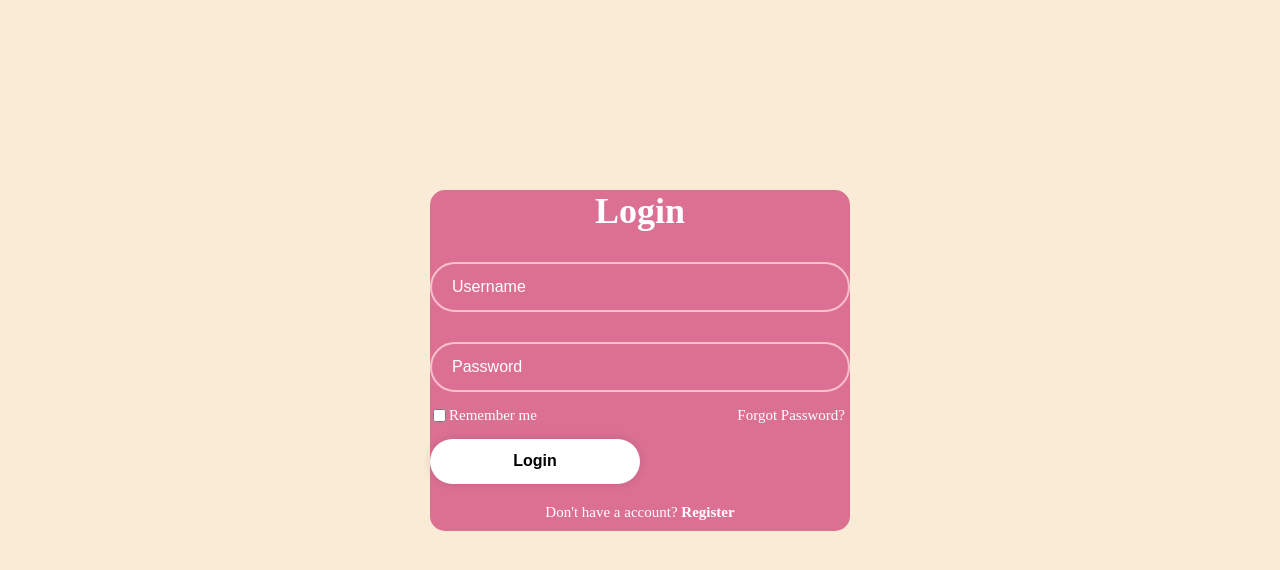
Repository: Kubraaygun/Html_Css_Login
Page: index.html
An editor plug-in stored every save of this project. The page is shown before and after the next save, followed by the edit.
The browser window is 1280 px wide. The pictures show the whole page.

Above is the page before, as saved 2025-03-05 20:01:17.

### index.html
<!DOCTYPE html>
<html lang="en">
  <head>
    <meta charset="UTF-8" />
    <meta name="viewport" content="width=device-width, initial-scale=1.0" />
    <title>HTML</title>
    <link rel="stylesheet" href="style.css" />
    <link
      rel="stylesheet"
      href="https://fonts.googleapis.com/icon?family=Material+Icons"
    />
  </head>

  <body>
    <div class="container">
      <form action="">
        <!-- Baslik -->
        <h1 class="login">Login</h1>

        <!-- input alanimiz -->

        <!-- surname -->
        <div class="input-box">
          <input type="text" required placeholder="Username" />
        </div>

        <!-- Password -->
        <div class="input-box">
          <input type="password" required placeholder="Password" />
        </div>

        <!-- Remember me Alani -->
        <div class="remember-me">
          <label>
            <input class="checkbox" type="checkbox" />Remember
            <span>&nbsp;</span>me
          </label>
          <a class="forgotPassword" href="">Forgot Password?</a>
        </div>

        <!-- Button -->
        <button type="submit" class="button">Login</button>

        <!-- Register Link -->
        <div class="register-link">
          <p>
            Don't have a account? <a class="registerlink" href="#"> Register</a>
          </p>
        </div>
      </form>
    </div>
  </body>
</html>

### style.css
* {
  margin: 0;
  padding: 0;
  box-sizing: border-box;
}

body {
  display: flex;
  justify-content: center;
  align-items: center;
  min-height: 100vh; /* vh: Tarayici penceresinin yuksekligine gore yuzde olarak boyut belirler. 1vh pencere yuksekliginin %1ine esittir */
  background-color: antiquewhite;
}

.container {
  width: 420px;
  background-color: palevioletred;
  color: white;
  border-radius: 15px;
}

.login {
  font-size: 36px;
  text-align: center;
}
.input-box {
  width: 100%;
  height: 50px;
  margin: 30px 0;
}

input {
  width: 100%;
  height: 100%;
  background-color: transparent;
  border: none;
  outline: none;
  border: 2px solid pink;
  border-radius: 30px;
  font-size: 16px;
  color: purple;
  padding: 20px;
}
input:hover {
  background-color: pink;
}
input::placeholder {
  color: #fff;
}

.remember-me {
  display: flex;
  justify-content: space-between;
  font-size: 15px;
  margin: -15px 0 15px;
}

label {
  display: flex;
  align-items: center;
}

.checkbox {
  accent-color: purple;
  margin: 0 3px 0 3px;
}
.forgotPassword {
  color: #fff;
  text-decoration: none;
  margin-right: 5px;
}

.forgotPassword:hover {
  text-decoration: underline;
}

.button {
  width: 50%;
  height: 45px;
  margin-right: 500px;
  background-color: #fff;
  border: none;
  outline: none;
  border-radius: 40px;
  box-shadow: 0 0 10px rgba(0, 0, 0, 0.12);
  cursor: pointer;
  font-size: 16px;
  font-weight: 600;
}

.register-link {
  font-size: 15px;
  text-align: center;
  margin: 20px 0 10px 0;
}

.registerlink {
  color: #fff;
  text-decoration: none;
  font-weight: 600;
}

.registerlink:hover {
  text-decoration: underline;
}

After the next save:
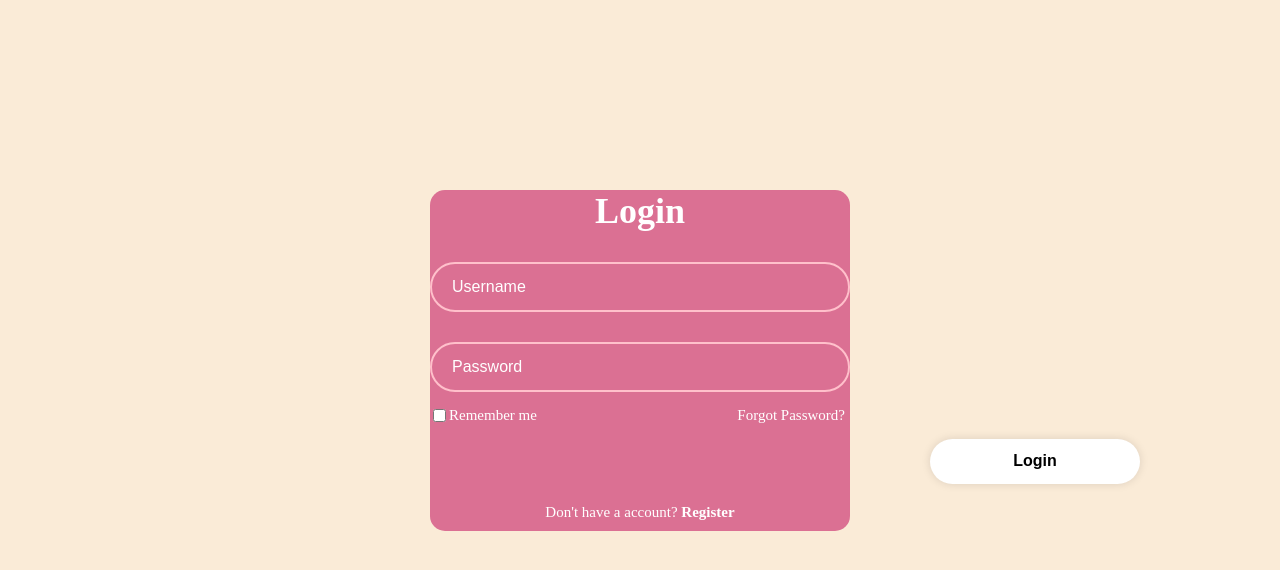
Saved 6 s later.
--- a/style.css
+++ b/style.css
@@ -77,7 +77,7 @@
 .button {
   width: 50%;
   height: 45px;
-  margin-right: 500px;
+  margin-left: 500px;
   background-color: #fff;
   border: none;
   outline: none;

After the save that followed:
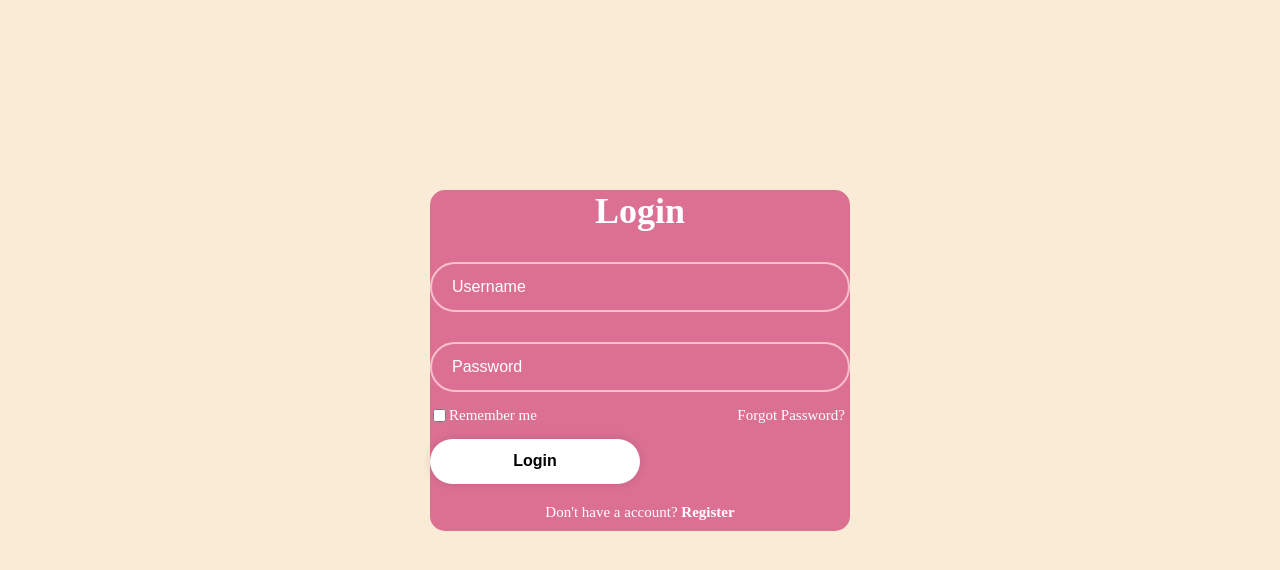
Saved 8 s later.
--- a/style.css
+++ b/style.css
@@ -77,7 +77,6 @@
 .button {
   width: 50%;
   height: 45px;
-  margin-left: 500px;
   background-color: #fff;
   border: none;
   outline: none;
